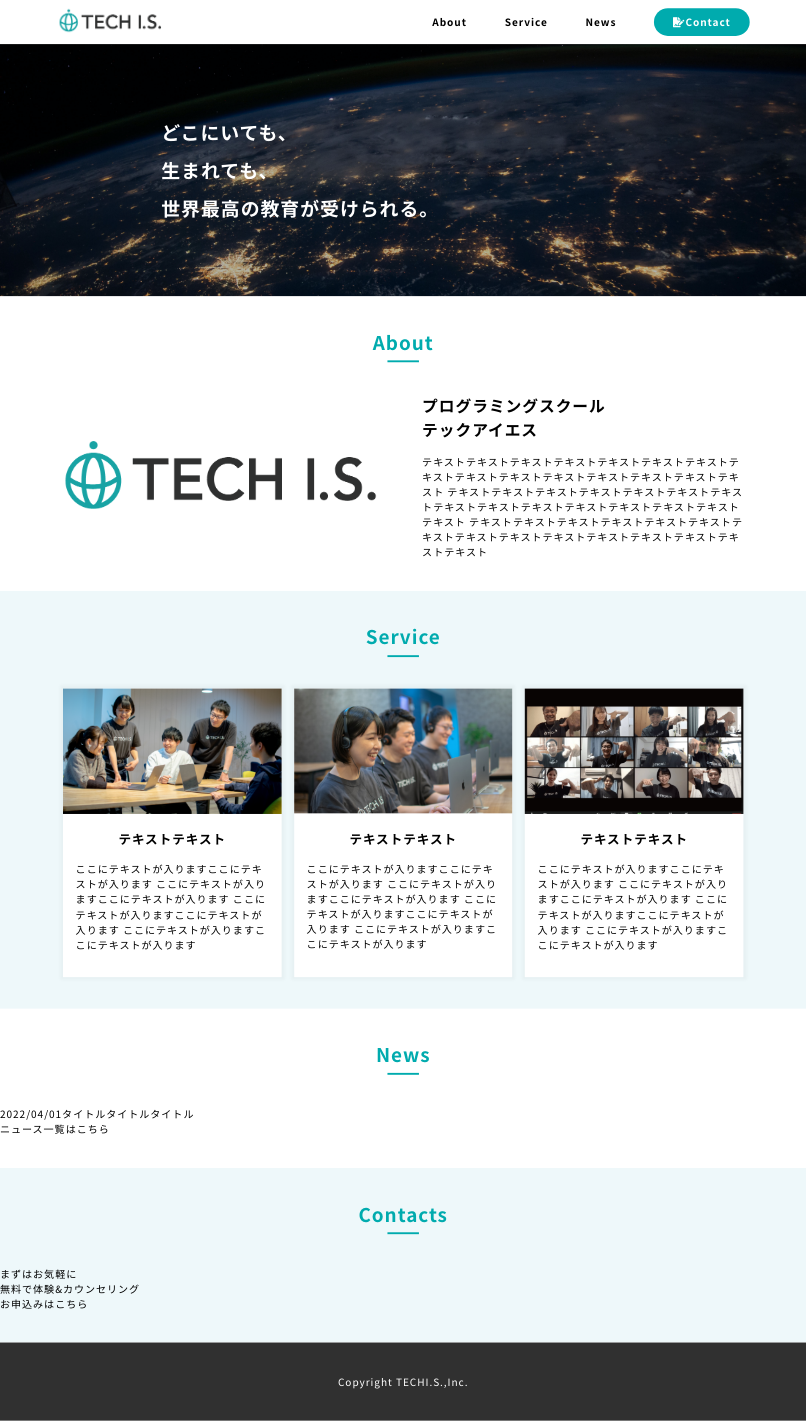
Repository: ryunoesta/lp-techis
Page: indx.html
These files come from the project's save history. The page is drawn as it stood at one moment and after the next save; the edit follows.
The browser window is 1280 px wide. The pictures show the whole page, at 63% of full size.

Above is the page before, as saved 2022-06-19 23:07:20.

### indx.html
<!DOCTYPE html>
<html lang="ja">
<head>
    <meta charset="UTF-8">
    <meta http-equiv="X-UA-Compatible" content="IE=edge">
    <meta name="viewport" content="width=device-width, initial-scale=1.0">
    <!-- reset css -->
    <link rel="stylesheet" href="./CSS/reset.css">
    <!-- style css -->
    <link rel="stylesheet" href="./CSS/style.css">
    <!-- fontawesome -->
    <link rel="stylesheet" href="https://use.fontawesome.com/releases/v5.15.1/css/all.css">
    <title>プログラミングスクール テックアイエス</title>
</head>
<body>
    <!-- header -->
    <header class="header">
        <h1 class="logo">
            <img src="./img/logo.png" alt="ロゴ画像">
        </h1>
        <ul class="menu-pc">
            <li><a href="#">About</a></li>
            <li><a href="#">Service</a></li>
            <li><a href="#">News</a></li>
            <!-- リンク先追加 -->
            <li><a href="contact"><i class="fas fa-file-signature"></i>Contact</a></li>
        </ul>
    </header>

    <!-- main -->
    <main>
        <!-- fv -->
        <section class="front-fv">
            <img src="./img/top1.png" alt="ファーストビュー">
            <h2>どこにいても、
                <br>
                生まれても、
                <br>
                世界最高の教育が受けられる。
            </h2>
        </section>

        <!-- about -->
        <section class="front-about">
            <h2 class="front-common__title">
                About
            </h2>
            <ul class="front-about__list">
                <li class="front-about__item"><img src="./img/logo.png" alt="ロゴ画像"></li>
                <li class="front-about__item">
                    <div class="front-about_txt">
                        <h3>
                            プログラミングスクール
                            <br>
                            テックアイエス
                        </h3>
                        <p>テキストテキストテキストテキストテキストテキストテキストテキストテキストテキストテキストテキストテキストテキストテキスト テキストテキストテキストテキストテキストテキストテキストテキストテキストテキストテキストテキストテキストテキストテキスト テキストテキストテキストテキストテキストテキストテキストテキストテキストテキストテキストテキストテキストテキストテキスト</p>
                    </div>
                </li>
            </ul>
        </section>

        <!-- service -->
        <section class="front-service">
            <div class="front-service__inner">
                <h2 class="front-common__title">
                    Service
                </h2>
                <ul class="front-service__list">
                    <li class="front-service__item">
                        <img src="./img/service1.png" alt="サービス１">
                        <h3>テキストテキスト</h3>
                        <p>
                            ここにテキストが入りますここにテキストが入ります ここにテキストが入りますここにテキストが入ります
                            ここにテキストが入りますここにテキストが入ります ここにテキストが入りますここにテキストが入ります
                        </p>
                    </li>
                    <li class="front-service__item">
                        <img src="./img/service2.png" alt="サービス２">
                        <h3>テキストテキスト</h3>
                        <p>
                            ここにテキストが入りますここにテキストが入ります ここにテキストが入りますここにテキストが入ります
                            ここにテキストが入りますここにテキストが入ります ここにテキストが入りますここにテキストが入ります
                        </p>
                    </li>
                    <li class="front-service__item">
                        <img src="./img/service3.png" alt="サービス３">
                        <h3>テキストテキスト</h3>
                        <p>
                            ここにテキストが入りますここにテキストが入ります ここにテキストが入りますここにテキストが入ります
                            ここにテキストが入りますここにテキストが入ります ここにテキストが入りますここにテキストが入ります
                        </p>
                    </li>
                </ul>
            </div>
        </section>

        <!-- news -->
        <section class="front-news">
            <h2 class="front-common__title">
                News
            </h2>
            <time datetime="2022/04/01"><span class="front-news__date">2022/04/01</span>タイトルタイトルタイトル</time>
            <div class="btn">ニュース一覧はこちら</div>
        </section>

        <!-- contact -->
        <section class="front-contact">
            <h2 class="front-common__title">
                Contacts
            </h2>
            <h3>
                まずはお気軽に
                <br>
                無料で体験&カウンセリング
            </h3>
            <div class="btn">お申込みはこちら</div>
        </section>
    </main>

    <!-- footer -->
    <footer class="footer">
        <!-- footerはブロックレベル要素  -->
        <p>
            <small>Copyright TECHI.S.,Inc.</small>
        </p>
    </footer>
</body>
</html>

### CSS/reset.css
*, *::before, *::after {
    box-sizing: border-box;
}
html, body, div, span, applet, object, iframe, h1, h2, h3, h4, h5, h6, p, blockquote, pre, a,
abbr, acronym, address, big, cite, code, del, dfn, em, font, ins, kbd, q, s, samp, small, strike,
strong, sub, sup, tt, var, dl, dt, dd, ol, ul, li, fieldset, form, label, legend, table,
caption, tbody, tfoot, thead, tr, th, td {
    border: 0;
    font-size: 100%;
    font-weight: inherit;
    margin: 0;
    outline: 0;
    padding: 0;
    vertical-align: baseline;
}
body {
    width: 100%;
    height: 100%;
    margin: 0 auto;
    letter-spacing: 1.5px;
    line-height: 1.5;
}
img {
    width: 100%;
    height: 100%;
    top: 0;
    left: 0;
    object-fit: cover;
}
a {
    color: black;
    text-decoration: none;
}
ol, ul {
    list-style: none;
}
table {
    border-collapse: separate;
    border-spacing: 0;
}

### CSS/style.css
/* フォントの設定 */
@import url('https://fonts.googleapis.com/css2?family=Noto+Sans+JP&display=swap');
html, body {
    font-size: 16px;
    font-family: 'Noto Sans JP', sans-serif;
}

/* header */
.header {
    display: flex;
    align-items: center;
    justify-content: space-between;
    max-width: 1100px;
    height: 70px;
    margin: auto;
}

.logo img {
    width: 170px;
    height: auto;
}

.menu-pc {
    display: flex;
    align-items: center;
}

.menu-pc li {
    margin: 0 30px;
}

.menu-pc a {
    font-weight: bold;
}

.menu-pc li:last-child {
    margin-right: 0;
}

.menu-pc li:last-child a {
    display: block;
    color: #fff;
    background: #00abae;
    padding: 10px 30px;
    border-radius: 50px;
}

/* footer */
.footer {
    padding: 50px;  /* paddingにautoはない */
    background: #303030;
}

.footer p {
    color: #fff;
    text-align: center;
}

/* fv */
.front-fv {
    position: relative;
    height: 400px;
}

.front-fv h2 {
    position: absolute;
    top: 50%;
    -webkit-transform: translateY(-50%);
    -moz-transform: translateY(-50%);
    -ms-transform: translateY(-50%);
    -o-transform: translateY(-50%);
    transform: translateY(-50%);
    left: 20%;
    color: #fff;
    font-size: 30px;
    font-weight: bold;
    line-height: 2;
}

/* common */
.front-common__title {
    position: relative;
    font-size: 30px;
    font-weight: bold;
    color: #00abae;
    text-align: center;
    margin-bottom: 50px;
    padding-bottom: 10px;
}

.front-common__title::before {
    position: absolute;
    bottom: 0;
    left: 50%;
    transform: translateX(-50%);
    content: "";
    border-bottom: 3px solid #00abae;
    width: 50px;
}

/* about */
.front-about {
    max-width: 1100px;
    margin: 50px auto;
}

.front-about__list {
    display: flex;
    align-items: center;
    justify-content:center;
}

.front-about__item {
    width: 50%;
}

.front-about__item h3 {
    font-size: 25px;
    font-weight: bold;
}

.front-about__item p {
    margin-top: 20px;
}

.front-about__item:first-child{
    margin-right: 30px;
}

.front-about__item:last-child{
    margin-left: 30px;
}

/* service */
.front-service {
    padding: 50px 0;
    background: #eef8fa;
}

.front-service__inner {
    max-width: 1100px;
    margin: auto;
}

.front-service__list {
    display: flex;
}

.front-service__item {
    width: 33.333%;
    margin: 0 10px;
    background: #fff;
    box-shadow: 0 0 5px 5px rgb(0 0 0 / 3%);
}

.front-service__item img {
    width: 100%;
    height: auto;
}

.front-service__item h3 {
    margin: 20px;
    font-size: 20px;
    text-align: center;
    font-weight: bold;
}

.front-service__item p {
    padding: 0 20px 40px;
}

/* news */
.front-news {
    padding: 50px 0;
}

.front-news__article {
    display: block;
    justify-content: left;
    margin: 50px auto;
}




/* contact */
.front-contact {
    padding: 50px 0;
    background: #eef8fa;
}

.front-contact h2 {
    text-align: center;
}

After the next save:
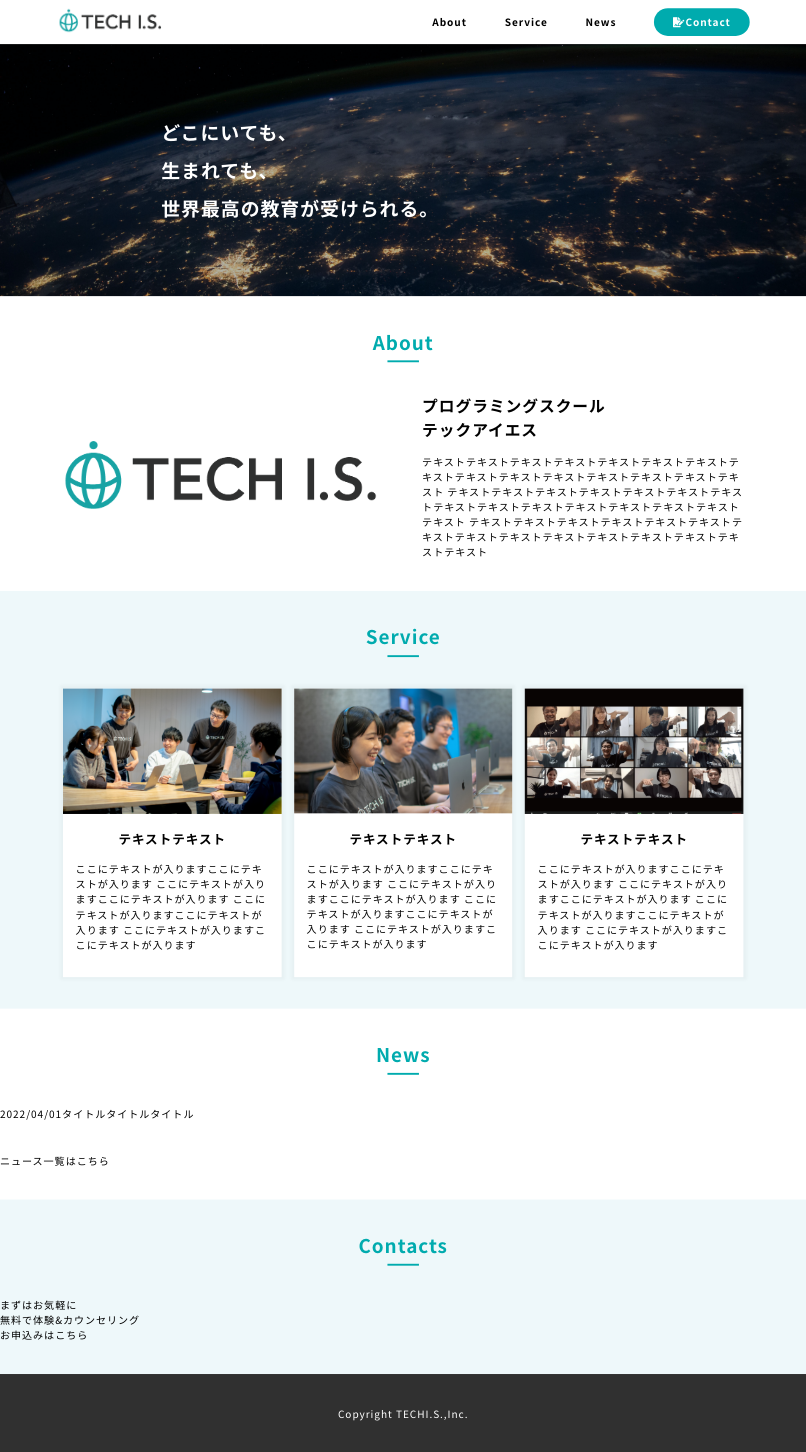
Saved 15 s later.
--- a/CSS/style.css
+++ b/CSS/style.css
@@ -174,7 +174,7 @@
     padding: 50px 0;
 }
 
-.front-news__article {
+.front-news time {
     display: block;
     justify-content: left;
     margin: 50px auto;
